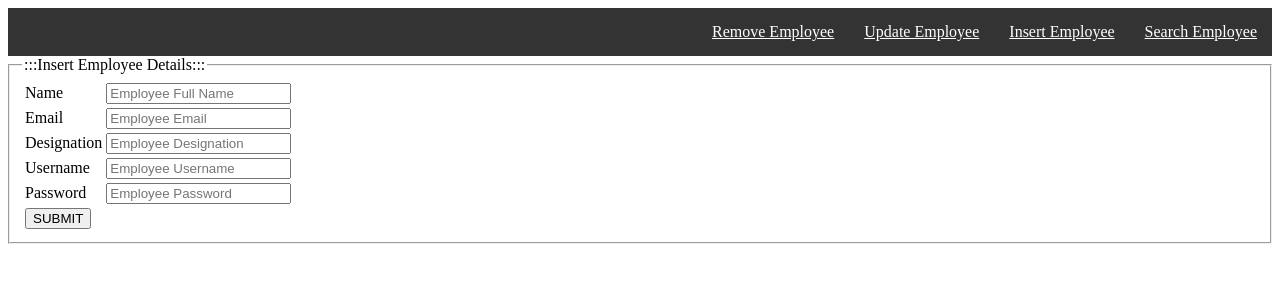
Repository: dannytayade1495/WEJM3
Page: http://localhost/mvcproject1/WEB-INF/views/insertEmployee.jsp
These files come from the project's save history. The page is drawn as it stood at one moment and after the next save; the edit follows.
The browser window is 1280 px wide. The pictures show the whole page.
The page is served by Tomcat 9. Nobody is signed in. The template is opened directly, without the code that normally fills it, so the values that code supplies are empty.

Above is the page before, as saved 2022-06-02 15:16:06.

After the next save:
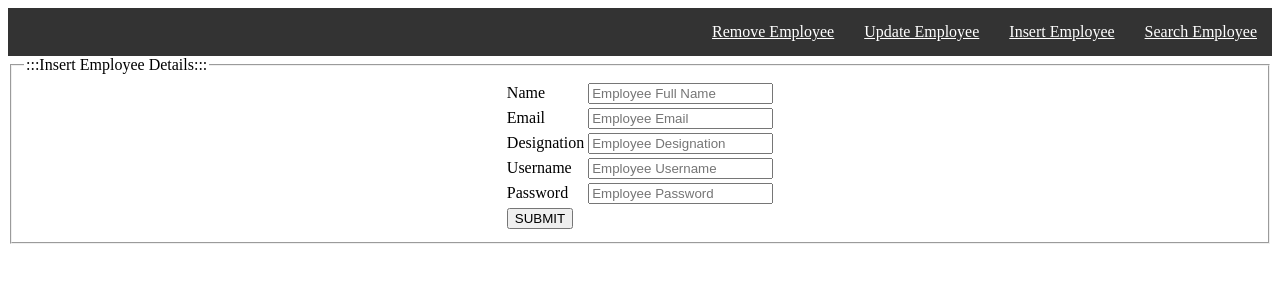
Saved 7 s later.
--- a/mvcproject1/src/main/webapp/WEB-INF/views/insertEmployee.jsp
+++ b/mvcproject1/src/main/webapp/WEB-INF/views/insertEmployee.jsp
@@ -7,7 +7,7 @@
 <meta charset="ISO-8859-1">
 <title>Employee Management</title>
 <style type="text/css">
-fieldset {
+fieldset table {
 	margin: auto;
 }
 </style>
